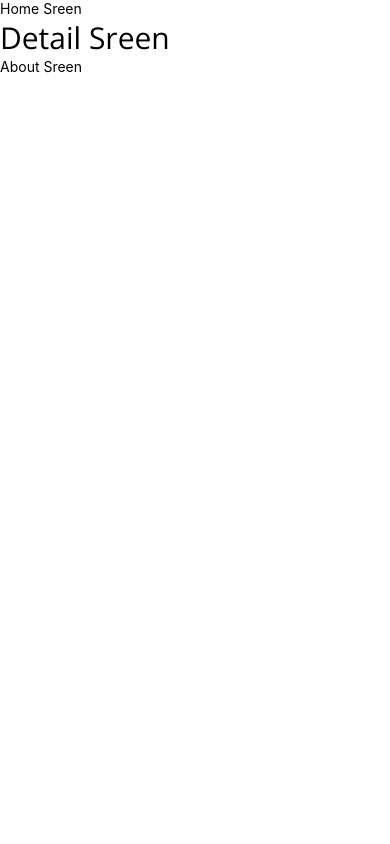
Repository: Ducbii4202/React-Native
Screen: /
These files come from the project's save history. The screen is drawn as it stood at one moment and after a run of saves; the edit follows.
The app was drawn by React Native's web renderer in a window 390 px wide. The project was rebuilt for these pictures with package versions that can differ from the ones it lists, and the page was loaded fresh each time. Some packages were replaced by stand-ins written for this rebuild.

Above is the screen before, as saved 2024-09-22 19:53:44.

### App.tsx
import React from 'react';
import { Text, View } from 'react-native';
import HomeSreen from './components/review/home';
import DetailSreen from './components/review/detail';
import AboutSreen from './components/review/about';


import { useFonts } from 'expo-font';
import * as SplashScreen from 'expo-splash-screen';
import { useEffect } from 'react';
import { OPENSAN_REGULAR } from './utils/const';


SplashScreen.preventAutoHideAsync();


const App = () => {
    const [loaded, error] = useFonts({
    [OPENSAN_REGULAR]: require('./assets/fonts/OpenSans-Regular.ttf'),
    });

    useEffect(() => {
    if (loaded || error) {
    SplashScreen.hideAsync();
    }
    }, [loaded, error]);
    if (!loaded && !error) {
    return null;
    }
    return (
        <View>
            <HomeSreen />
            <DetailSreen />
            <AboutSreen/>
        </View>
    );
};

export default App;

### components/review/home.tsx
import React from 'react';
import { Text, View } from 'react-native';

const HomeSreen = () => {
    return (
        <View>
            <Text>
                Home Sreen
            </Text>
        </View>
    );
};

export default HomeSreen;

### components/review/detail.tsx
import React from 'react';
import { Text, View, StyleSheet} from 'react-native';
import { OPENSAN_REGULAR } from '../../utils/const';

const DetailSreen = () => {
    const styles = StyleSheet.create({
        review: {
            fontSize: 30,
            fontFamily: OPENSAN_REGULAR,
        }

    })
    return (
        <View>
            <Text style={styles.review}>
                Detail Sreen
            </Text>

        </View>
    );
};

export default DetailSreen;

### components/review/about.tsx
import React from 'react';
import { StyleSheet, Text, View } from 'react-native';

const styles = StyleSheet.create({
    about: {
        fontSize: 30,
    }
})
const AboutSreen = () => {
    return (
        <View>
            <Text>
                About Sreen
            </Text>

        </View>
    );
};

export default AboutSreen;

### utils/const.tsx
import { StyleSheet } from "react-native";


export const OPENSAN_REGULAR = "OpenSans-Regular";

export const globalStyles = StyleSheet.create({
    appFont: {
        fontFamily: OPENSAN_REGULAR,
    }
})

After the next 2 saves:
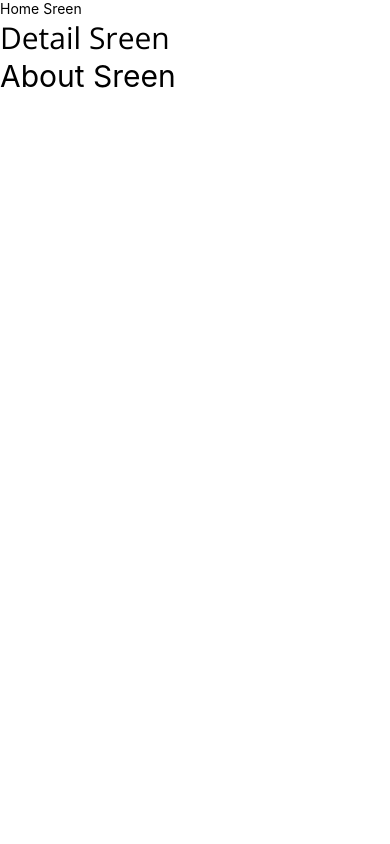
The 2 saves are shown as one change because they came seconds apart.
The last was saved 17 s later.
--- a/components/review/about.tsx
+++ b/components/review/about.tsx
@@ -9,7 +9,7 @@ const styles = StyleSheet.create({
 const AboutSreen = () => {
     return (
         <View>
-            <Text>
+            <Text style={[styles.about]}>
                 About Sreen
             </Text>
 
